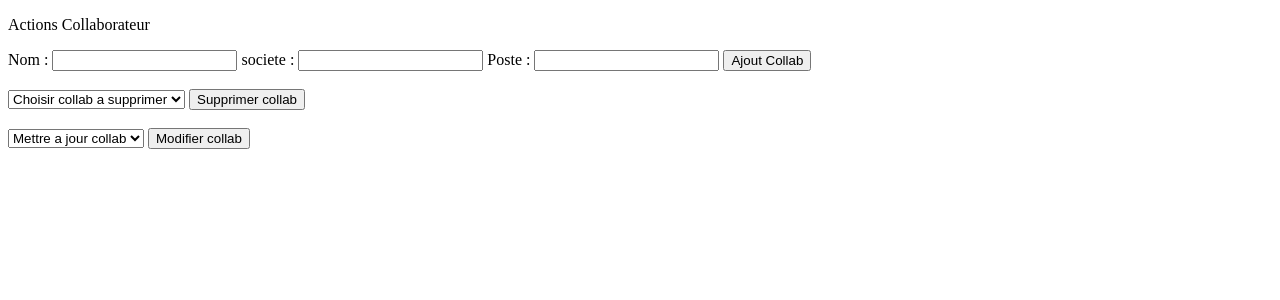
Repository: Shakibaei-2020/CRA_JEE_FINAL
Page: http://localhost/jee_crainfocom/WEB-INF/accueil.jsp
An editor plug-in stored every save of this project. The page is shown before and after the next save, followed by the edit.
The browser window is 1280 px wide. The pictures show the whole page.
The page is served by Tomcat 9. Nobody is signed in. The template is opened directly, without the code that normally fills it, so the values that code supplies are empty.

Above is the page before, as saved 2021-03-25 14:13:44.

After the next save:
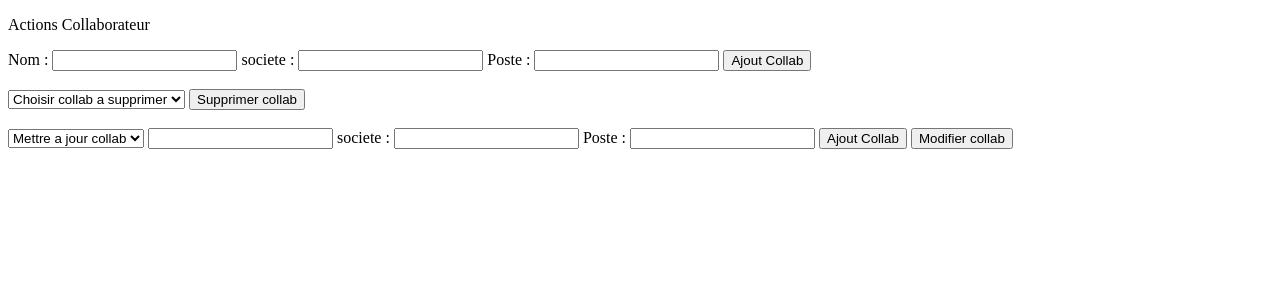
Saved 12 s later.
--- a/CRA_JEE_FINAL/CRA_JEE_FINAL/jee_crainfocom/src/main/webapp/WEB-INF/accueil.jsp
+++ b/CRA_JEE_FINAL/CRA_JEE_FINAL/jee_crainfocom/src/main/webapp/WEB-INF/accueil.jsp
@@ -42,6 +42,17 @@
     	<option value="">Mettre a jour collab</option>
     	<option value="dog">Collab</option>
 	</select>
+
+	   <input type="text" name="nomColl" id="nomColl" />
+
+            <label for="societeColl">societe : </label>
+            <input type="text" name="societeColl" id="societeColl" />
+
+            <label for="posteColl">Poste : </label>
+            <input type="text" name="posteColl" id="posteColl" />
+
+            <input type="submit" value="Ajout Collab" />
+
 <input type="submit" value="Modifier collab" />
 </form>
 
